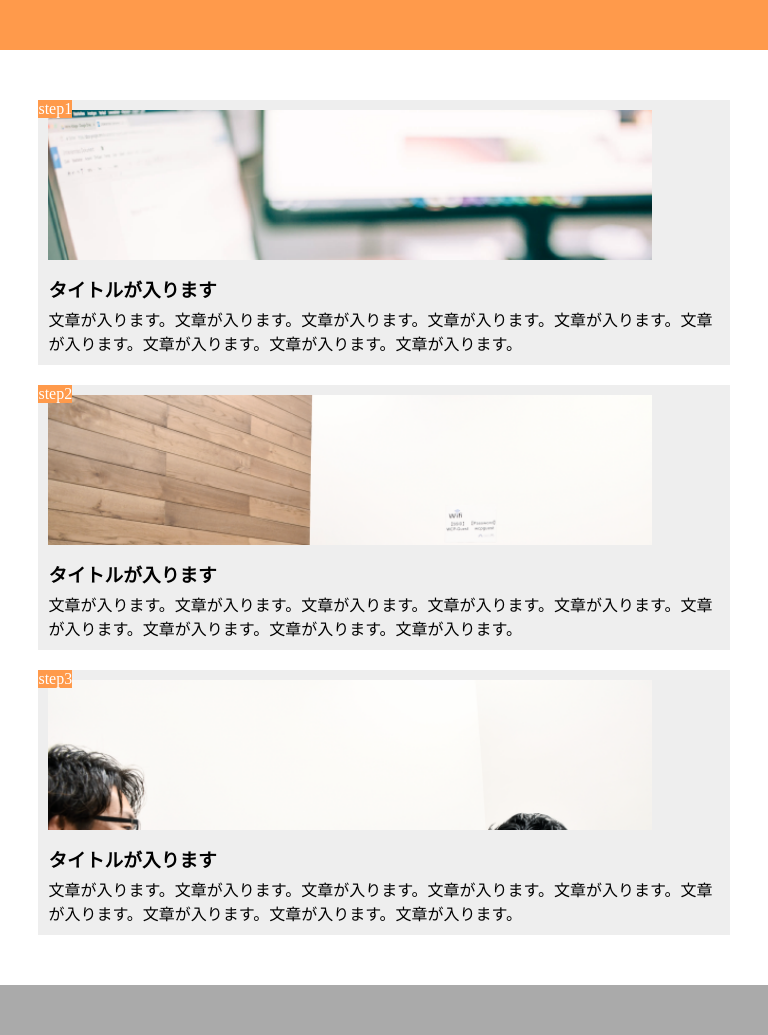
Repository: mitoma99/task4
Page: Task/Task.html
The author's editor kept a record of every edit. The page is drawn from the files as they stood at one moment, then again after the next edit.
The browser window is 768 px wide. The pictures show the whole page.

Above is the page before.

### Task/Task.html
<!DOCTYPE html>
<html lang="ja">
  <head>
    <meta charset="UTF-8" />
    <!-- CSSファイルの読み込み -->
    <meta name="viewport" content="width=device-width,initial-scale=1.0">
      <link rel="stylesheet" href="Task.css"/>
    <title>演習９</title>
  </head>

  <body>
    <div class="header"></div>

    <main>
      <div class="main-seet">
      <div class="main-box">
        <div class="main-image1" ></div>
        <section class="main-text">
        <a class="step-box">step1</a>
        <h3 class="title">タイトルが入ります</h3>
        <P class="text">
          文章が入ります。文章が入ります。文章が入ります。文章が入ります。文章が入ります。文章が入ります。文章が入ります。文章が入ります。文章が入ります。
        </P>
      </div>
      <div class="main-box">
       <div class="main-image2" ></div>
        <section class="main-text">
        <a class="step-box">step2</a>
        <h3 class="title">タイトルが入ります</h3>
        <P class="text">
          文章が入ります。文章が入ります。文章が入ります。文章が入ります。文章が入ります。文章が入ります。文章が入ります。文章が入ります。文章が入ります。
        </P>
      </div>
      <div class="main-box">
        <div class="main-image3" ></div>
        <section class="main-text">
        <a class="step-box">step3</a>
        <h3 class="title">タイトルが入ります</h3>
        <P class="text">
          文章が入ります。文章が入ります。文章が入ります。文章が入ります。文章が入ります。文章が入ります。文章が入ります。文章が入ります。文章が入ります。
        </P>
      </div>
      </div>
    </main>

    <div class="footer"></div>
  </body>
</html>

### Task/Task.css
*{
  margin:0;
  padding:0;
  box-sizing:border-box;
}

.header{
  width:100%;
  height:50px;
  background-color:#FF9A4B;
}

.main{
  width:960px;
  height:auto;
  margin:50px auto;
}

.main-seet{
  width: 960px;
  margin:50px auto;
  display: flex;
  background-color: #ffffff;
}

.main-box{
  width:300px;
  margin-right:30px;
  background-color: #EEEEEE;
  padding:10px;
  position:relative;
}

.main-box:last-child {
  margin-right: 0;
}

.main-image1{
  height:150px;
  background-image:url(img/flow01.png);
  background-size:cover;
}

.main-image2{
  height:150px;
  background-image:url(img/flow02.png);
  background-size:cover;
}

.main-image3{
  height:150px;
  background-image:url(img/flow03.png);
  background-size:cover;
}

.step-box{
  color:#ffffff;
  background-color:#FF9A4B;
  position:absolute;
  top:0;
  left:0;
}

.title{
  padding-top:15px;
  padding-bottom: 5px;
}

.footer{
  width:100%;
  height:50px;
  background-color:#AAAAAA;
}

@media screen and (max-width: 768px){
  header{
   width:100%;
  }

  .main-seet{
    width: 90%;
    margin:50px auto;
    display: block;
  }

  .main-box{
    width: 100%;
    margin-bottom: 20px;
    margin-right:0px;
  }

  .main-box:last-child{
    margin-bottom: 0px;
  }

  .main-image1{
    width: 90%;
  }

  .main-image2{
    width: 90%;
  }

  .main-image3{
    width: 90%;
  }

  .footer{
    width: 100%;
  }
}

After the next edit:
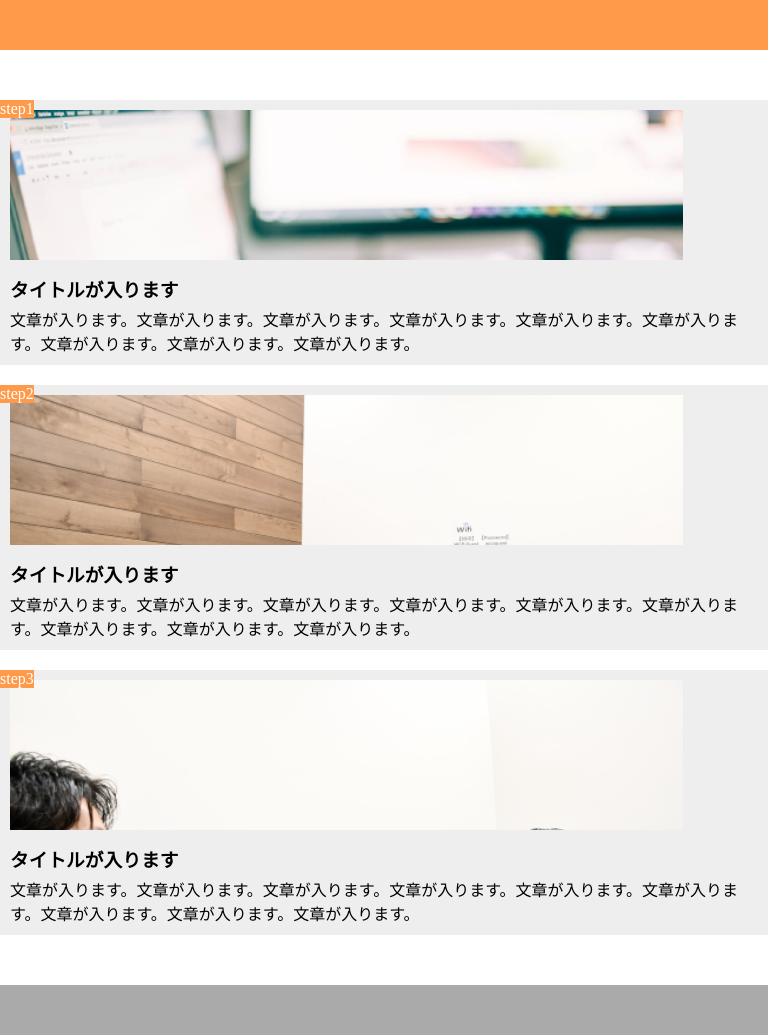
The edit:
--- a/Task/Task.css
+++ b/Task/Task.css
@@ -78,7 +78,7 @@
   }
 
   .main-seet{
-    width: 90%;
+    width: 100%;
     margin:50px auto;
     display: block;
   }
